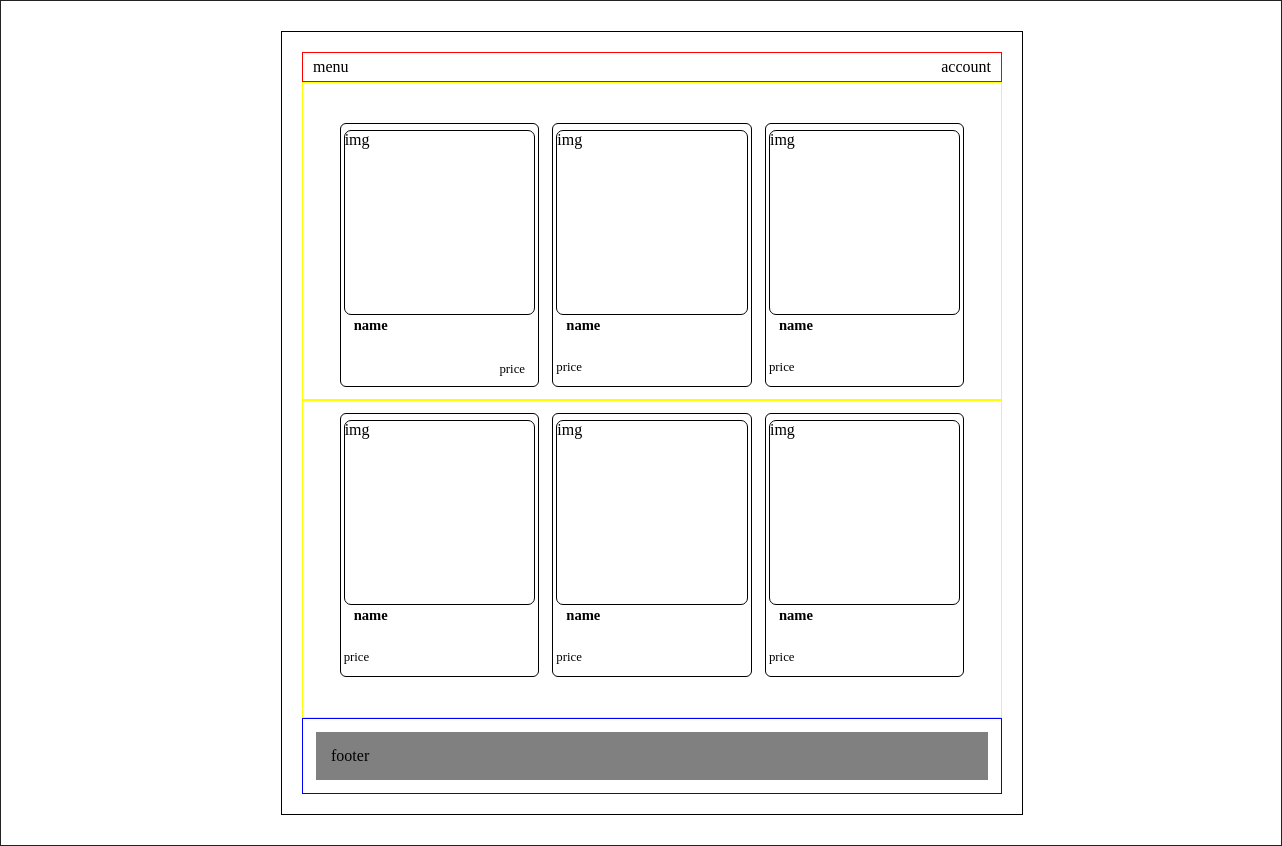
Repository: dongwoon1/cal
Page: http://localhost/calDWC/
The author's editor kept a copy of each file at every save. The page is drawn from the files as they stood at one save, then again after the next save.
The browser window is 1280 px wide. The page is 1282 px wide, so the pictures cover 1282 px, including what lies to the right of the window. The pictures show the whole page.
The page is served by Tomcat 9.

Above is the page before, as saved 2025-03-19 22:50:19.

After the next save:
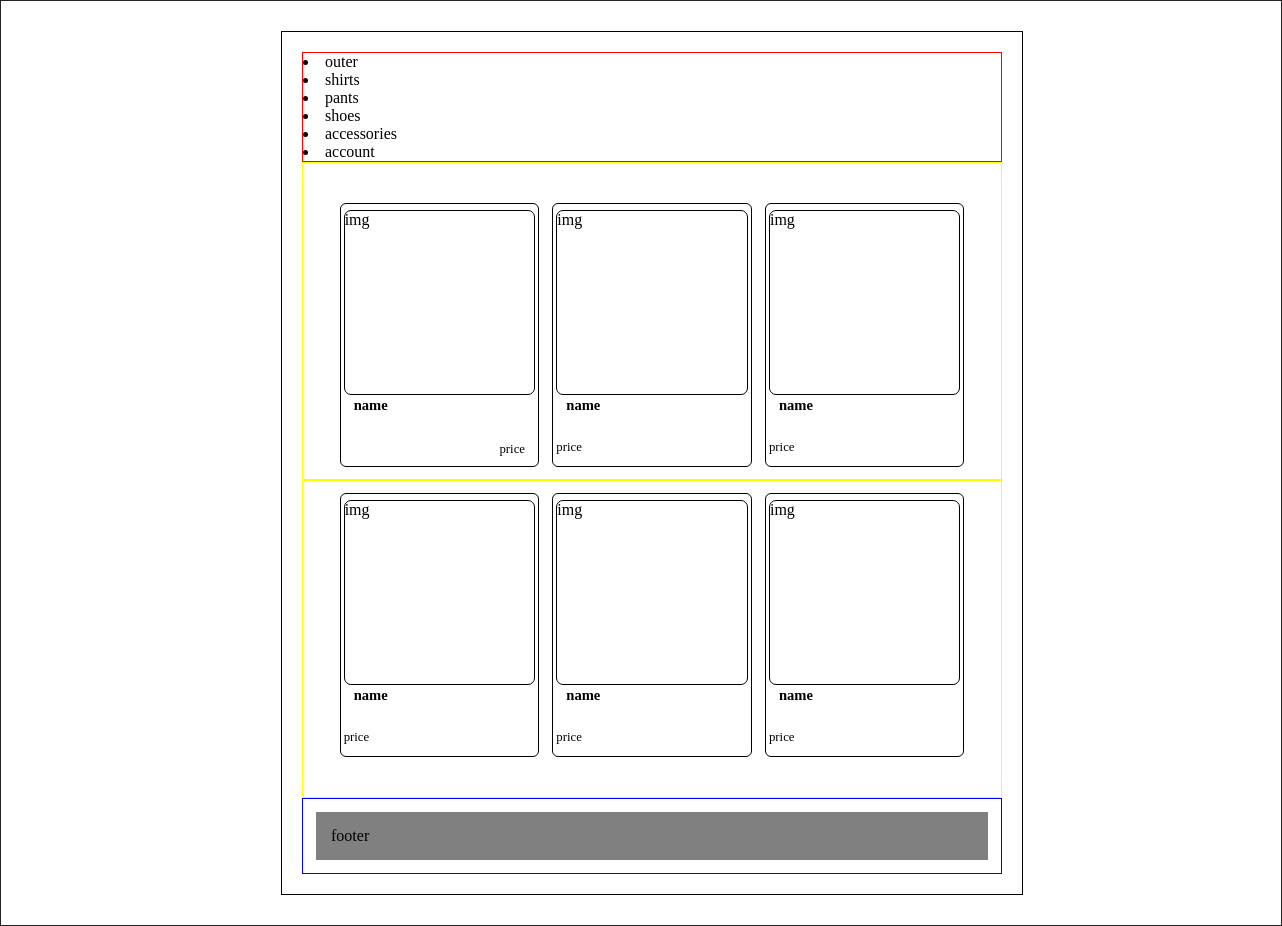
Saved 4 min 28 s later.
--- a/calProject/calDWC/src/main/webapp/index.jsp
+++ b/calProject/calDWC/src/main/webapp/index.jsp
@@ -87,18 +87,14 @@
 	 <main>
 
 	  <header>
-	   <span>menu</span>
-	   <span>account</span>
-	  <!--
-	   <ul>
+	   <nav>
 	    <li>outer</li>
 	    <li>shirts</li>
 	    <li>pants</li>
 	    <li>shoes</li>
 	    <li>accessories</li>
 	    <li>account</li>
-	   </ul>
-	    -->
+	   </nav>
 	  </header>
 
 	  <section>

After the save that followed:
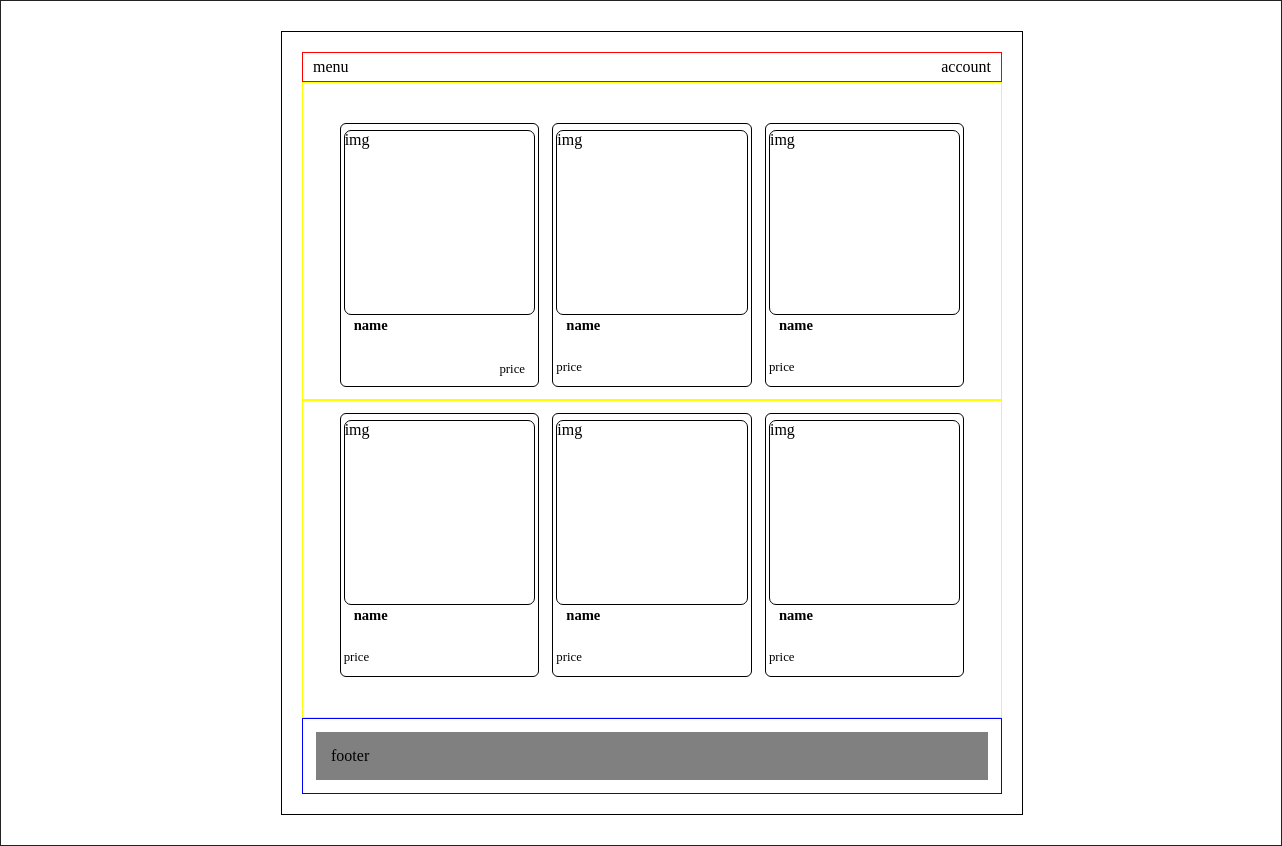
Saved 19 s later.
--- a/calProject/calDWC/src/main/webapp/index.jsp
+++ b/calProject/calDWC/src/main/webapp/index.jsp
@@ -87,14 +87,18 @@
 	 <main>
 
 	  <header>
-	   <nav>
+	   <span>menu</span>
+	   <span>account</span>
+	  <!--
+	   <na>
 	    <li>outer</li>
 	    <li>shirts</li>
 	    <li>pants</li>
 	    <li>shoes</li>
 	    <li>accessories</li>
 	    <li>account</li>
-	   </nav>
+	   </ul>
+	    -->
 	  </header>
 
 	  <section>
